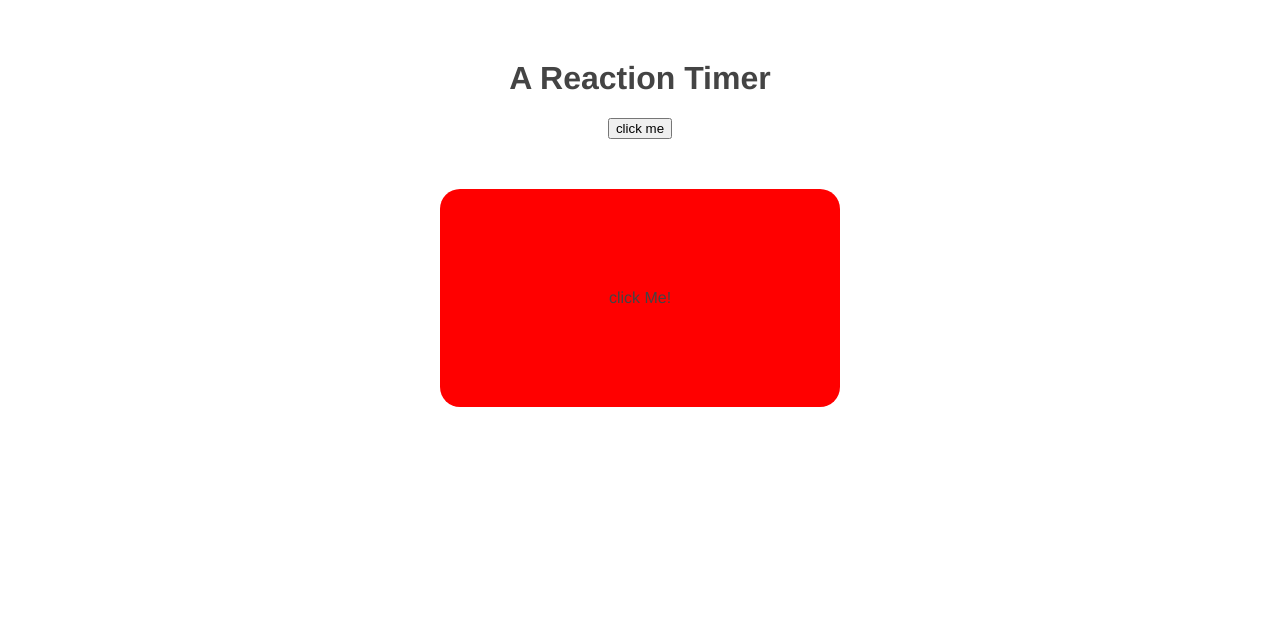
Repository: qudos4real/reaction-timer
Page: /
The author's editor kept a copy of each file at every save. The page is drawn from the files as they stood at one save, then again after the next save.
The browser window is 1280 px wide. The pictures show the whole page.
The project was rebuilt for these pictures with package versions that can differ from the ones it lists, and the page was loaded fresh each time. Also part of the build but not shown: vue.config.js.

Above is the page before, as saved 2022-12-27 22:35:10.

### src/App.vue
<template>
 <h1>A Reaction Timer</h1>
 <button @click="start">click me</button>
 <Block />
</template>

<script>
import Block from './components/Block.vue';

export default {
  name: 'App',
  components: {
    Block
  },
  data() {
    return {
      isPlaying: false,
      delay: null,
    }
  },
  methods: {
    start() {
      this.isPlaying = true;
      this.delay = 2000 + Math.random() * 5000;
      console.log(this.delay);
    }
  }
}
</script>

<style>
#app {
  font-family: Avenir, Helvetica, Arial, sans-serif;
  -webkit-font-smoothing: antialiased;
  -moz-osx-font-smoothing: grayscale;
  text-align: center;
  color: #444;
  margin-top: 60px;
}
</style>

### src/components/Block.vue
<template>
    <div class="block">
        click Me!
        </div>
</template>

<script>
export default {

}
</script>

<style>
.block {
    width: 400px;
    border-radius: 20px;
    text-align: center;
    margin: 50px auto;
    /* line-height: 400px; */
    background-color: red;
    padding: 100px 0;
}
</style>

Loaded but not shown: public/index.html (common file); src/main.js (common file)

After the next save:
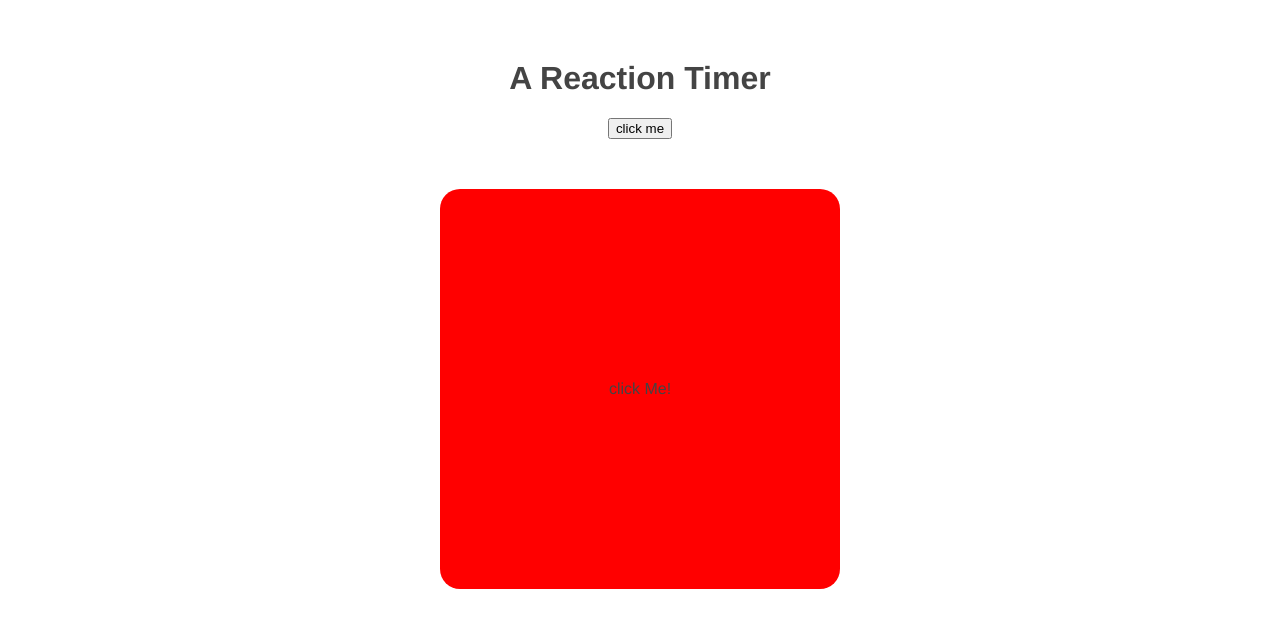
Saved 36 s later.
--- a/src/components/Block.vue
+++ b/src/components/Block.vue
@@ -16,8 +16,7 @@ export default {
     border-radius: 20px;
     text-align: center;
     margin: 50px auto;
-    /* line-height: 400px; */
+    line-height: 400px;
     background-color: red;
-    padding: 100px 0;
 }
 </style>
